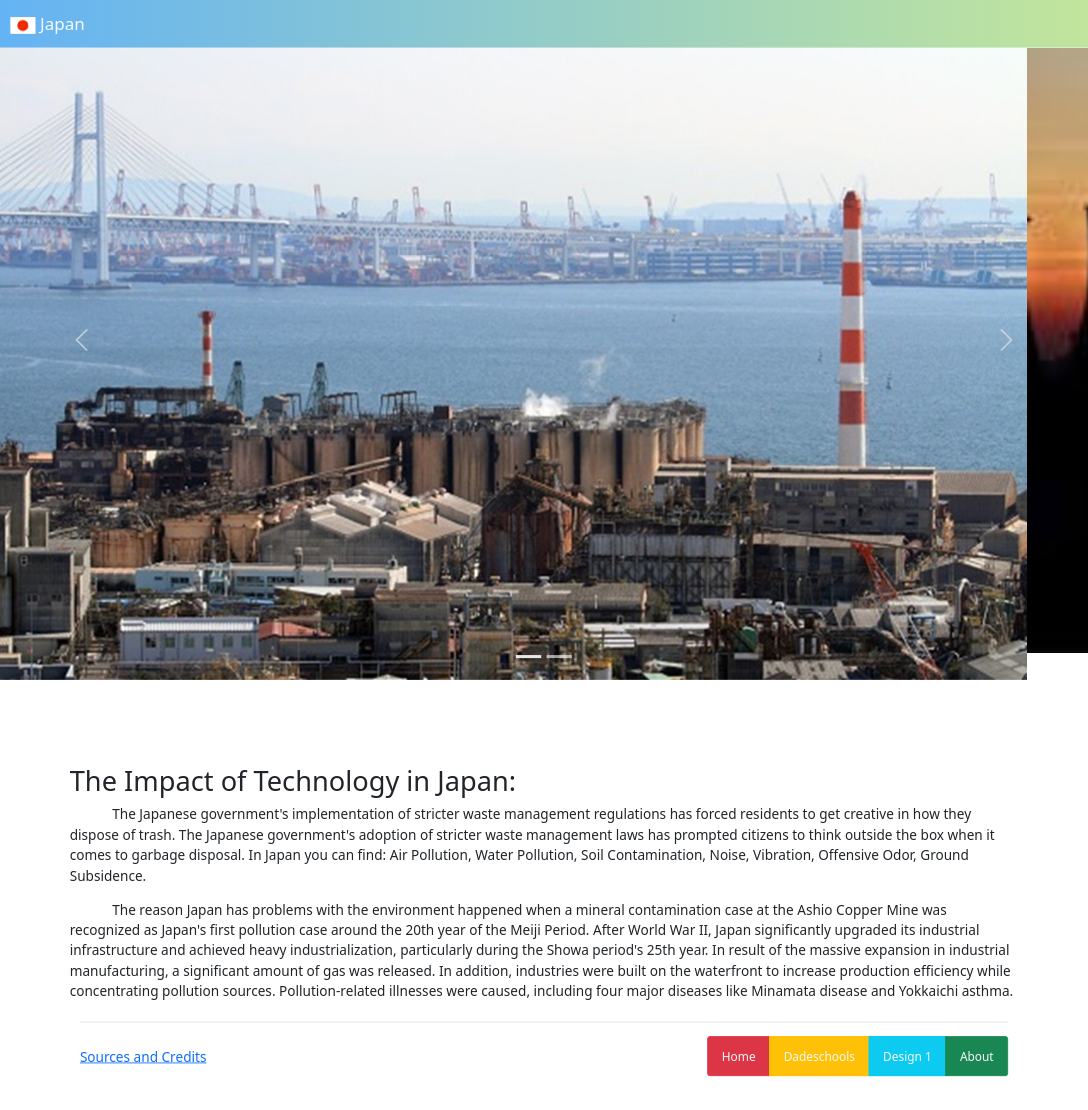
Repository: mrchilliballs/mrchilliballs.github.io
Page: untitled-2.html
These files come from the project's save history. The page is drawn as it stood at one moment and after the next save; the edit follows.
The browser window is 1280 px wide. The pictures show the whole page, at 85% of full size.

Above is the page before, as saved 2021-09-02 18:50:44.

### untitled-2.html
<!DOCTYPE html>
<html lang="en">
<head>
    <meta charset="UTF-8">
    <meta http-equiv="X-UA-Compatible" content="IE=edge">
    <!-- CSS only -->
<link href="https://cdn.jsdelivr.net/npm/bootstrap@5.1.0/dist/css/bootstrap.min.css" rel="stylesheet" integrity="sha384-KyZXEAg3QhqLMpG8r+8fhAXLRk2vvoC2f3B09zVXn8CA5QIVfZOJ3BCsw2P0p/We" crossorigin="anonymous">
    <meta name="viewport" content="width=device-width, initial-scale=1.0">
    <title>Document</title>
    <style>
@keyframes AnimationName {
    0%{background-position:0% 50%}
    50%{background-position:100% 50%}
    100%{background-position:0% 50%}
}
#navabr {
    animation: AnimationName 1s ease infinite !important;
    background: #c2e59c;  /* fallback for old browsers */
    background: -webkit-linear-gradient(to right, #64b3f4, #c2e59c);  /* Chrome 10-25, Safari 5.1-6 */
    background: linear-gradient(to right, #64b3f4, #c2e59c); /* W3C, IE 10+/ Edge, Firefox 16+, Chrome 26+, Opera 12+, Safari 7+ */
}
    </style>
</head>
<body>
    <nav class="navbar navbar-light bg-light fixed-top" id="navabr">
        <div class="container-fluid">
          <a class="navbar-brand" href="#">
            <img src="japan.gif" alt="" width="30" height="20 class="d-inline-block align-text-top">
            <span class="text-light">Japan</span>
          </a>
        </div>
      </nav>
      <div id="carouselExampleIndicators" class="carousel slide" data-bs-ride="carousel">
        <div class="carousel-indicators">
          <button type="button" data-bs-target="#carouselExampleIndicators" data-bs-slide-to="0" class="active" aria-current="true" aria-label="Slide 1"></button>
          <button type="button" data-bs-target="#carouselExampleIndicators" data-bs-slide-to="1" aria-label="Slide 2"></button>
        </div>
        <div class="carousel-inner">
          <div class="carousel-item active">
            <img src="Picture1.jpg" class="d-block w-100" alt="...">
          </div>
          <div class="carousel-item">
            <img src="Picture2.jpg" class="d-block w-100" alt="...">
          </div>
        </div>
        <button class="carousel-control-prev" type="button" data-bs-target="#carouselExampleIndicators" data-bs-slide="prev">
          <span class="carousel-control-prev-icon" aria-hidden="true"></span>
          <span class="visually-hidden">Previous</span>
        </button>
        <button class="carousel-control-next" type="button" data-bs-target="#carouselExampleIndicators" data-bs-slide="next">
          <span class="carousel-control-next-icon" aria-hidden="true"></span>
          <span class="visually-hidden">Next</span>
        </button>
      </div>
    <main class="container">
<h2 style="margin-top: 100px;">The Impact of Technology in Japan:</h2>
	<p style="text-indent: 50px;">The Japanese government's implementation of stricter waste management regulations has forced residents to get creative in how they dispose of trash. The Japanese government's adoption of stricter waste management laws has prompted citizens to think outside the box when it comes to garbage disposal. In Japan you can find: Air Pollution, Water Pollution, Soil Contamination, Noise, Vibration, Offensive Odor, Ground Subsidence.
	<br></p><p style="text-indent: 50px;">The reason Japan has problems with the environment happened when a mineral contamination case at the Ashio Copper Mine was recognized as Japan's first pollution case around the 20th year of the Meiji Period. After World War II, Japan significantly upgraded its industrial infrastructure and achieved heavy industrialization, particularly during the Showa period's 25th year. In result of the massive expansion in industrial manufacturing, a significant amount of gas was released. In addition, industries were built on the waterfront to increase production efficiency while concentrating pollution sources. Pollution-related illnesses were caused, including four major diseases like Minamata disease and Yokkaichi asthma.
    </p>
        <div class="container">
            <footer class="d-flex flex-wrap justify-content-between align-items-center py-3 my-4 border-top" style="">
              <div class="dropdown">
                <a class="" href="#" role="button" id="dropdownMenuLink" data-bs-toggle="dropdown" aria-expanded="false">
                  Sources and Credits
                </a>

                <ul class="dropdown-menu" aria-labelledby="dropdownMenuLink">
                  <li><a class="dropdown-item" href="https://www.world-weather-travellers-guide.com/air-pollution-in-japan.htm">Source 1</a></li>
                  <li><a class="dropdown-item" href="https://www.nytimes.com/1964/12/26/archives/tokyo-troubled-by-air-pollution-emphasis-in-smog-control-is-still.html">Source 2</a></li>
                  <li><a class="dropdown-item" href="https://creativecommons.org/licenses/by-nc/2.0/s">Source 3</a></li>
                  <li><a class="dropdown-item" href="https://encyclopedia.1914-1918 online.net/article/science_and_technology_japan ">Source 4</a></li>
                  <li><a class="dropdown-item" href="https://en.wikipedia.org/wiki/Tokyo">Source 5</a></li>
                  <li><a class="dropdown-item" href="https://en.wikipedia.org/wiki/Meiji_Restoration ">Source 6</a></li>
                </ul>
              </div>
              <a href="/" class="col-md-4 d-flex align-items-center justify-content-center mb-3 mb-md-0 me-md-auto link-dark text-decoration-none">
                <svg class="bi me-2" width="40" height="32"><use xlink:href="#bootstrap"></use></svg>
              </a>

              <ul class="nav col-md-4 justify-content-end">
                <div class="btn-group" role="group" aria-label="Basic mixed styles example">
                    <button type="button" class="btn btn-danger btn-sm"><li class="nav-item"><a href="#" class="nav-link px-2 text-light">Home</a></li></button>
                    <button type="button" class="btn btn-warning btn-sm"><li class="nav-item"><a href="https://www3.dadeschools.net" class="nav-link px-2 text-light">Dadeschools</a></li></button>
                    <button type="button" class="btn btn-info btn-sm"><li class="nav-item"><a href="index.html" class="nav-link px-2 text-light">Design 1</a></li></button>
                    <button type="button" class="btn btn-success btn-sm"><li class="nav-item"><a class="nav-link px-2 text-light" href="#" role="button" id="dropdownMenuLink" data-bs-toggle="dropdown" aria-expanded="false">About</a><ul class="dropdown-menu" aria-labelledby="dropdownMenuLink1">
                      <li class="dropdown-item">We made this website using the program language "HTML". It took us a lot of work and we hope we get a good grade on this because we did our best on this website.</li>
                    </ul></li>
                    </button>
                  </div>
              </ul>
            </footer>
          </div>
          <!-- JavaScript Bundle with Popper -->
<script src="https://cdn.jsdelivr.net/npm/bootstrap@5.1.0/dist/js/bootstrap.bundle.min.js" integrity="sha384-U1DAWAznBHeqEIlVSCgzq+c9gqGAJn5c/t99JyeKa9xxaYpSvHU5awsuZVVFIhvj" crossorigin="anonymous"></script>
    </main>
</body>
</html>

After the next save:
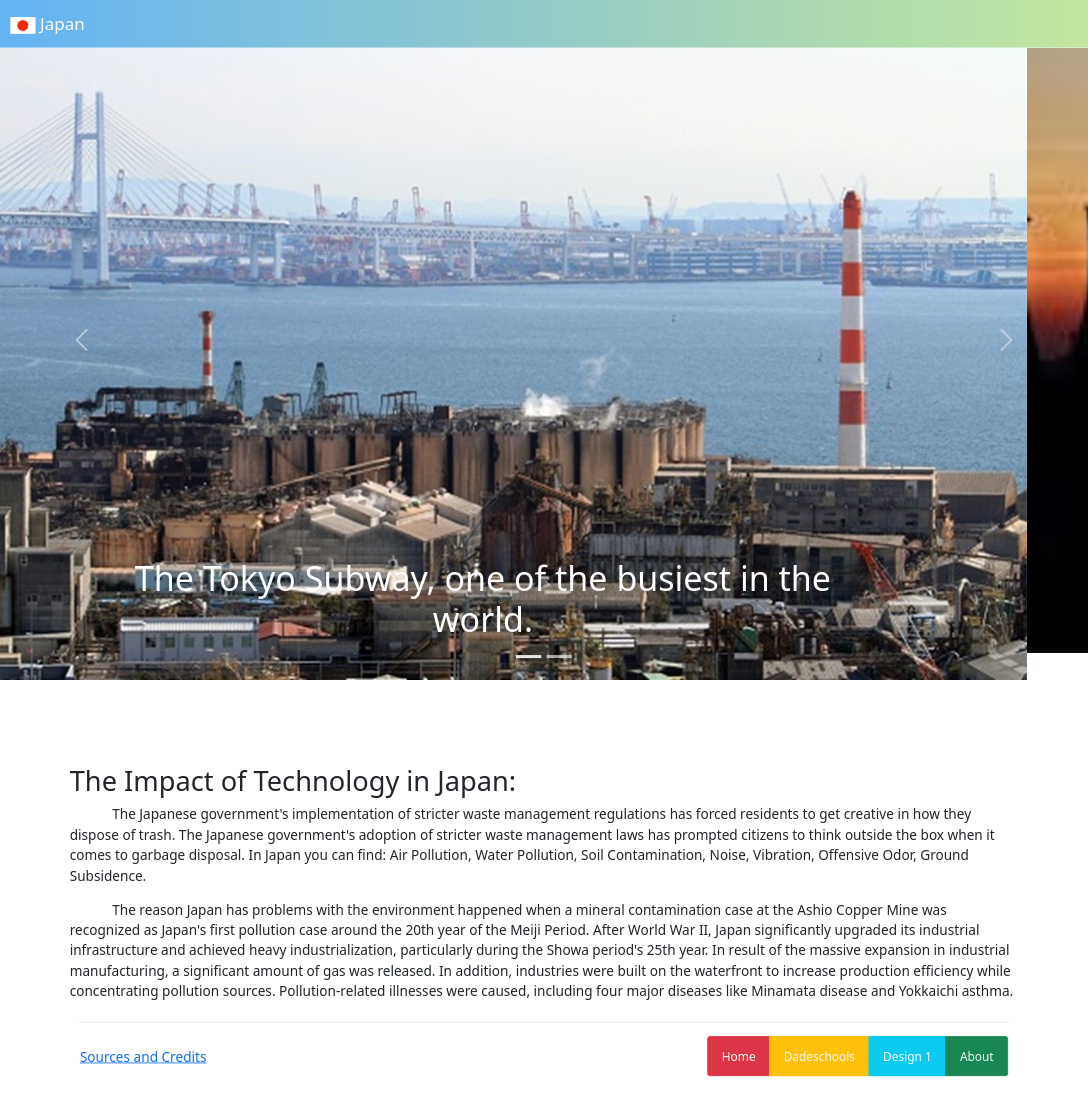
Saved 12 s later.
--- a/untitled-2.html
+++ b/untitled-2.html
@@ -38,6 +38,9 @@
         <div class="carousel-inner">
           <div class="carousel-item active">
             <img src="Picture1.jpg" class="d-block w-100" alt="...">
+            <div class="carousel-caption d-none d-md-block">
+              <h1>The Tokyo Subway, one of the busiest in the world. </h1>
+            </div>
           </div>
           <div class="carousel-item">
             <img src="Picture2.jpg" class="d-block w-100" alt="...">
